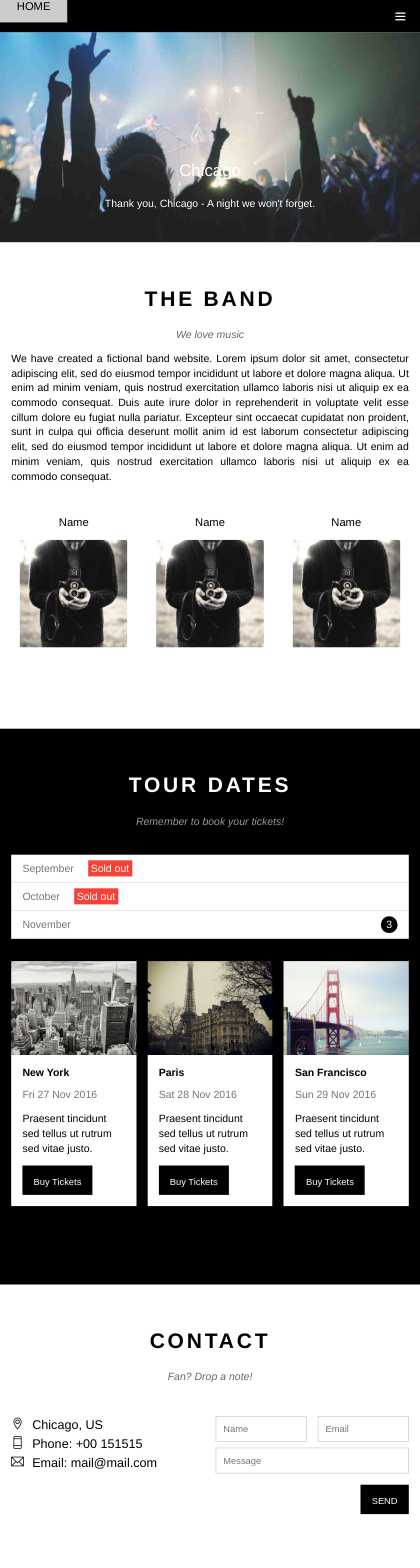
Repository: phongngotrong/w3school_reup
Page: index.html
These files come from the project's save history. The page is drawn as it stood at one moment and after the next save; the edit follows.
The browser window is 600 px wide. The pictures show the part of the page from y = 0 to 2240 px (the page is 2801 px tall), at 70% of full size.

Above is the page before, as saved 2022-01-19 21:01:59.

After the next save:
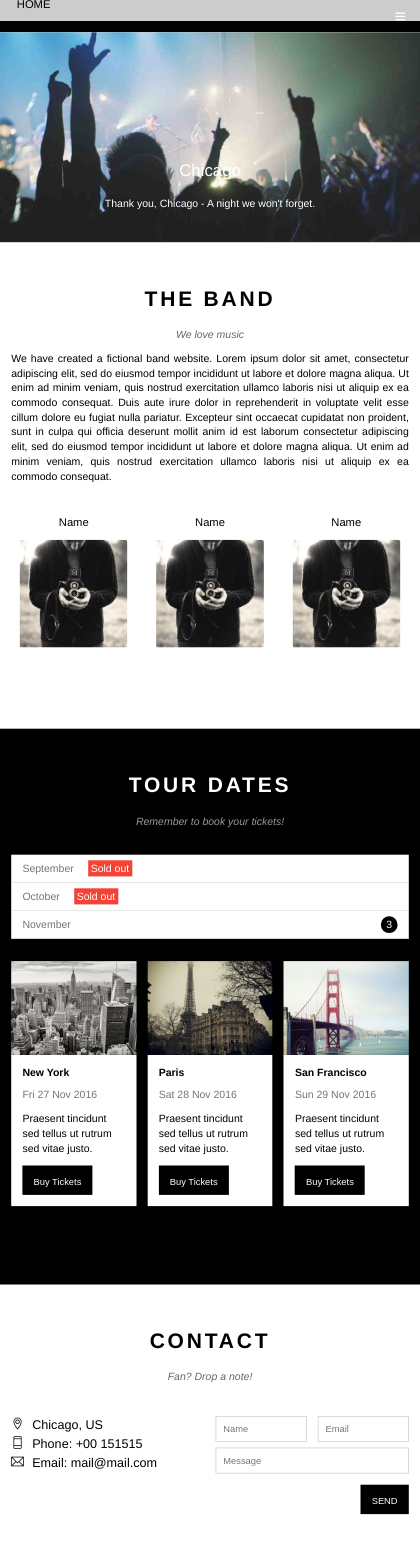
Saved 2 h 42 min later.
--- a/assets/css/responsive.css
+++ b/assets/css/responsive.css
@@ -18,10 +18,6 @@
     margin-top: -16px;
   }
 
-  #nav > li:first-child {
-    display: inline-block;
-  }
-
   #header .search-btn {
     display: none;
   }

After the save that followed:
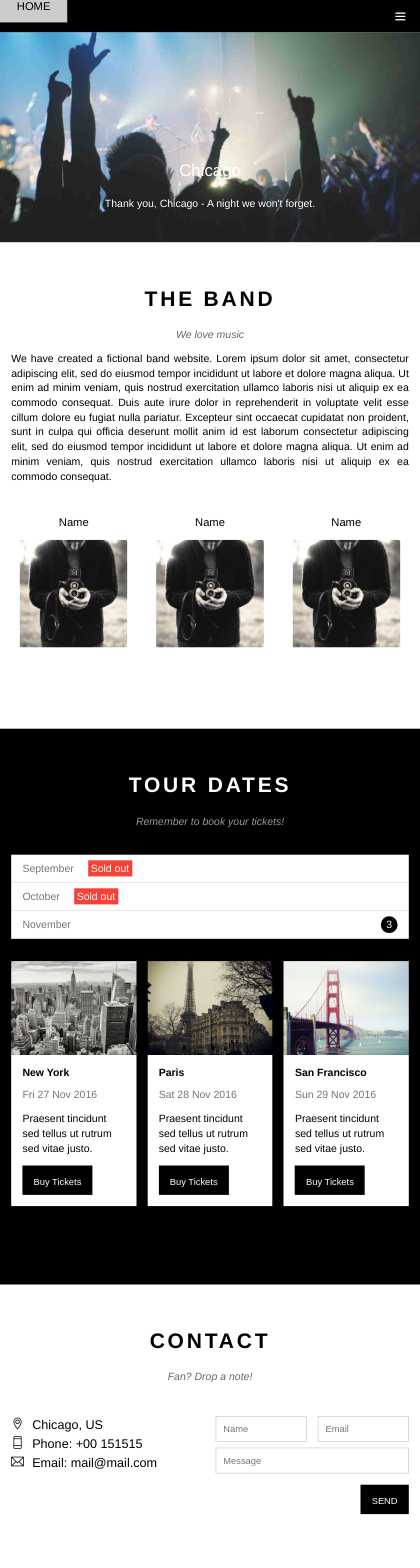
Saved 39 s later.
--- a/assets/css/responsive.css
+++ b/assets/css/responsive.css
@@ -18,6 +18,10 @@
     margin-top: -16px;
   }
 
+  #nav > li:first-child {
+    display: inline-block;
+  }
+
   #header .search-btn {
     display: none;
   }
